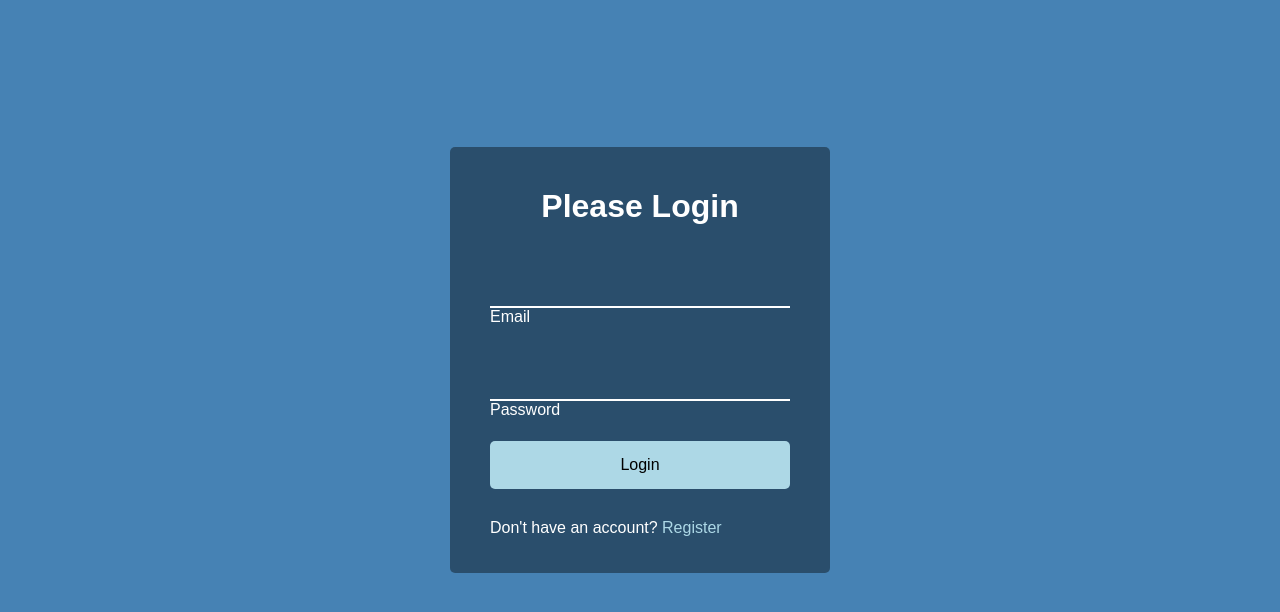
Repository: thecoachanna/form-animation
Page: index.html
The author's editor kept a copy of each file at every save. The page is drawn from the files as they stood at one save, then again after the next save.
The browser window is 1280 px wide. The pictures show the whole page.
Some web fonts or font styles are not loaded; a fallback is used.

Above is the page before, as saved 2023-02-26 10:04:46.

### index.html
<!DOCTYPE html>
<html lang="en">
<head>
    <meta charset="UTF-8">
    <meta http-equiv="X-UA-Compatible" content="IE=edge">
    <meta name="viewport" content="width=device-width, initial-scale=1.0">
    <link rel="stylesheet" href="style.css">
    <title>Wave Animation</title>
</head>
<body>
    <div class="container">
        <h1>Please Login</h1>
        <form>
            <div class="form-control">
                <input type="text" required>
                <label>Email</label>
            </div>
            <div class="form-control">
                <input type="password" required>
                <label>Password</label>
            </div>
            <button class="btn">Login</button>

            <p class="text">Don't have an account? <a href="#">Register</a></p>
        </form>
    </div>
    <script src="script.js"></script>
</body>
</html>

### style.css
@import url('https://fonts.googleapis.com/css?family=Muli&display=swap');


* {
    box-sizing: border-box;
}

body {
    background-color: steelblue;
    color: white;
    font-family: 'Muli', sans-serif;
    display: flex;
    flex-direction: column;
    align-items: center;
    justify-content: center;
    height: 100vh;
    overflow: hidden;
    margin: 0;
}

.container {
    background-color: rgba(0,0,0,0.4);
    padding: 20px 40px;
    border-radius: 5px;
}

.container h1 {
    text-align: center;
    margin-bottom: 30px;
}

.container a {
    text-decoration: none;
    color: lightblue;
}

.btn {
    cursor: pointer;
    display: inline-block;
    width: 100%;
    background-color: lightblue;
    padding: 15px;
    font-family: inherit;
    font-size: 16px;
    border: 0;
    border-radius: 5px;
}

.btn:focus {
    outline: 0;
}

.btn:active {
    transform: scle(0.98);
}

.text {
    margin-top: 30px;
}

.form-control {
    position: relative;
    margin: 20px 0 40px;
    width: 300px;
}

.form-control input {
    background-color: transparent;
    border: 0;
    border-bottom: 2px #fff solid;
    display: block;
    width: 100%;
    padding: 15px 0;
    font-size: 18px;
    color: white;
}

.form-control input:focus,
.form-control input:valid {
    outline: 0;
}

.form-control label {
    position: absolute;
    top: 15;
}

Loaded but not shown: script.js (no copy from this time; the picture is the same without it)

After the next save:
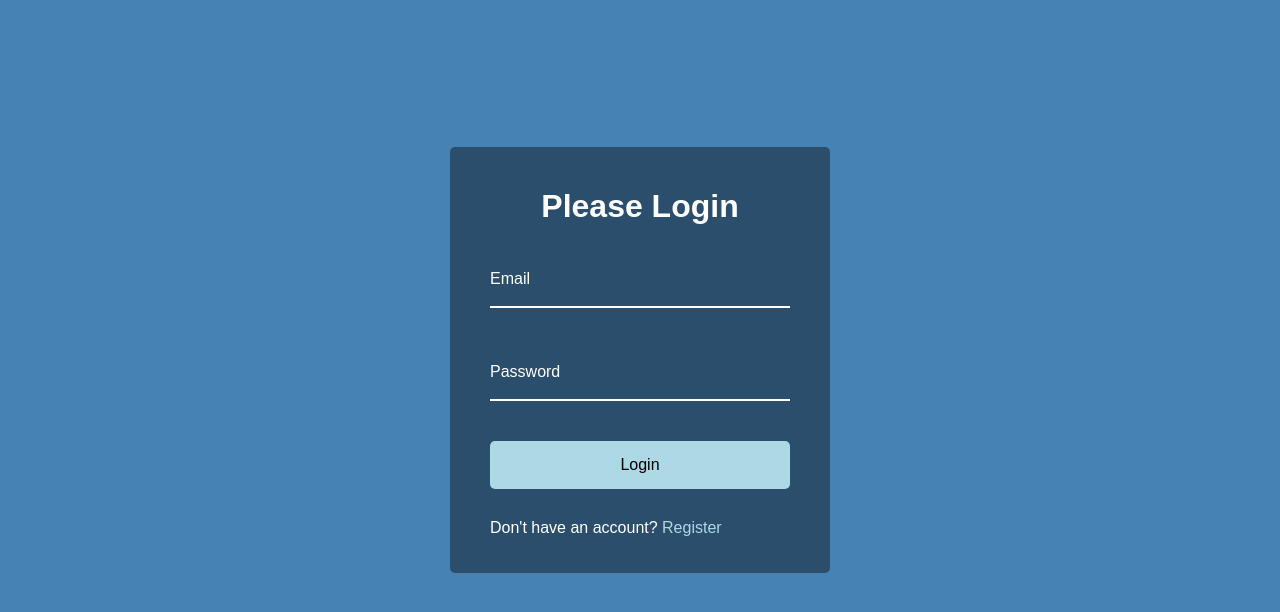
Saved 6 s later.
--- a/style.css
+++ b/style.css
@@ -82,5 +82,6 @@ body {
 
 .form-control label {
     position: absolute;
-    top: 15;
+    top: 15px;
+    left: 0;
 }
